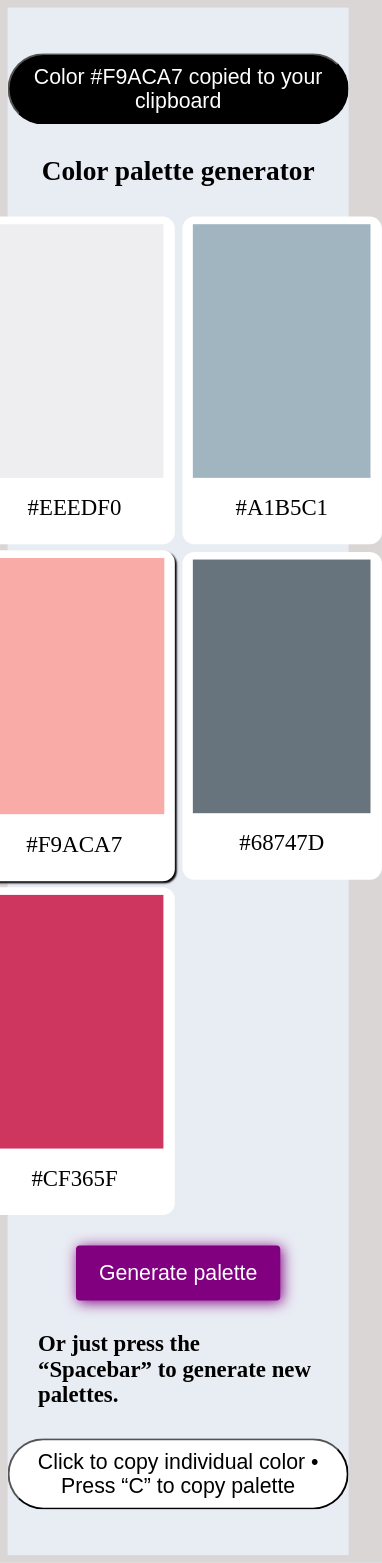
Repository: Hcmwebs/Color-Palette-Generator
Page: index.html
These files come from the project's save history. The page is drawn as it stood at one moment and after the next save; the edit follows.
The browser window is 375 px wide. The page is 402 px wide, then 400 px, so the pictures cover 402 px, including what lies to the right of the window. The pictures show the whole page, at 95% of full size.

Above is the page before, as saved 2020-07-07 11:20:33.

### index.html
<!DOCTYPE html>
<html lang="en">
<head>
    <meta charset="UTF-8">
    <meta name="viewport" content="width=device-width, initial-scale=1.0">
    <link rel="stylesheet" href="styles.css">
    <title>Color Pallete Generator</title>
</head>
<body>
    <div class="container">

        <button class="btn">Color #F9ACA7 copied to your clipboard</button>
        <h2>Color palette generator</h2>
        <div class="card">
            <div class="card__item">
                <div class="card__color card__color--lightPurpleish"></div>
                <div class="card__tag">#EEEDF0</div>
            </div>

            <div class="card__item">
                <div class="card__color card__color--lightBlueGreenish"></div>
                <div class="card__tag">#A1B5C1</div>
            </div>

            <div class="card__item card__item--active">
                <div class="card__color card__color--lightReddish"></div>
                <div class="card__tag">#F9ACA7</div>
            </div>

            <div class="card__item">
                <div class="card__color card__color--lightBluish"></div>
                <div class="card__tag">#68747D</div>
            </div>

            <div class="card__item">
                <div class="card__color card__color--reddish"></div>
                <div class="card__tag">#CF365F</div>
            </div>

        </div>
        <button class="btn btn--generate">Generate palette</button>
        <h3>Or just press the “Spacebar” to generate new palettes.</h3>
        <button class="btn btn--white">Click to copy individual color • Press “C” to copy palette</button>
    </div>
</body>
</html>

### styles.css
*¨{
    box-sizing: border-box;
    margin: 0;
    padding: 0;
}

body{
    font-weight: 300;
    font-size: 10px;
    display: flex;
    flex-direction: column;
    justify-content: center;
    align-items: center;
    background-color:rgba(124, 107, 107, 0.274);
}
h2,
h3{
    font-weight: light;
    margin: 2rem ;
}
h2{
    font-size: 1.8rem;
}

h3{
    font-size: 1.5rem;
}
.container{
    width: 1400px;
    max-width: 100%;
    height: auto;
    margin: auto;
    padding: 3rem 0;
    display: flex;
    flex-direction: column;
    justify-content: space-between;
    align-items: center;
    background-color:#E8ECF3;
}

.btn{
    background-color:#000;
    color:#fff;
    font-size: 1.4rem;
    border-radius: 2.5rem;
    padding: 0.6rem 0.8rem;
    cursor: pointer;
    transition: all 1s ease-in-out;
}
.btn:hover{
    transform: scale(1.01);
}
.card{
    display: grid;
    grid-template-columns: repeat(5, 1fr);
    gap: 0.5rem;
    justify-content: center;

}
.card__item{
    width: 207px;
    height: 329px;
    padding: 0.5rem 0.1rem;
    border-radius:0.8rem;
    display: flex;
    flex-direction: column;
    justify-content: space-between;
    align-items: center;
    background-color:#fff;
}
.card__item--active{
    box-shadow: 2px 2px 2px ;
    transform: scale(1.01);
}

.card__color{
    content:"";
    width: 187px ;
    height: 251px;
    padding-bottom: 1rem ;

}
.card__color--lightPurpleish{
    background-color: #EEEDF0;

}

.card__color--lightBlueGreenish{
    background-color: #A1B5C1;

}

.card__color--lightReddish{
    background-color: #F9ACA7;

}

.card__color--lightBluish{
    background-color: #68747D;

}


.card__color--reddish{
    background-color: #CF365F;

}
.card__tag{
    font-size:1.5rem;
    font-weight: 400;
    margin: auto;
}

.btn--generate{
    background-color:purple;
    color:#fff;
    border-radius:4px;
    border: none;
    margin-top: 2rem;
    padding: 1rem 1.5rem;
    cursor: pointer;
    box-shadow: 2px 2px 15px purple;
}
.btn--white{
    background-color: #fff;
    color:#000;
}


@media (max-width:375px){
    .container{
        width: 100%;
        height: auto;
        margin: auto;

    }
    .card{
        width: 80%;
        height: auto;
        grid-template-columns: 1fr;
        justify-items: center;
    }

}
@media(max-width:900px){
    .card{
        grid-template-columns: repeat(2, 1fr);
        margin: auto;
    }
}

After the next save:
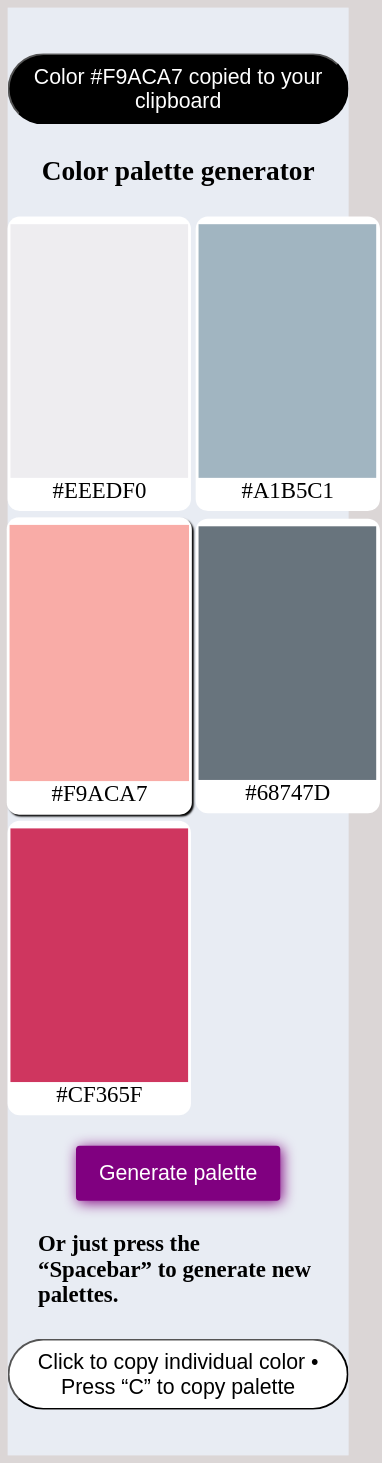
Saved 2 min 13 s later.
--- a/styles.css
+++ b/styles.css
@@ -127,7 +127,7 @@ h3{
 }
 
 
-@media (max-width:375px){
+@media (max-width:600px){
     .container{
         width: 100%;
         height: auto;
@@ -135,10 +135,13 @@ h3{
 
     }
     .card{
-        width: 80%;
-        height: auto;
         grid-template-columns: 1fr;
         justify-items: center;
+    }
+    .card__item{
+        width: 100%;
+        height: auto;
+        margin: auto;
     }
 
 }
